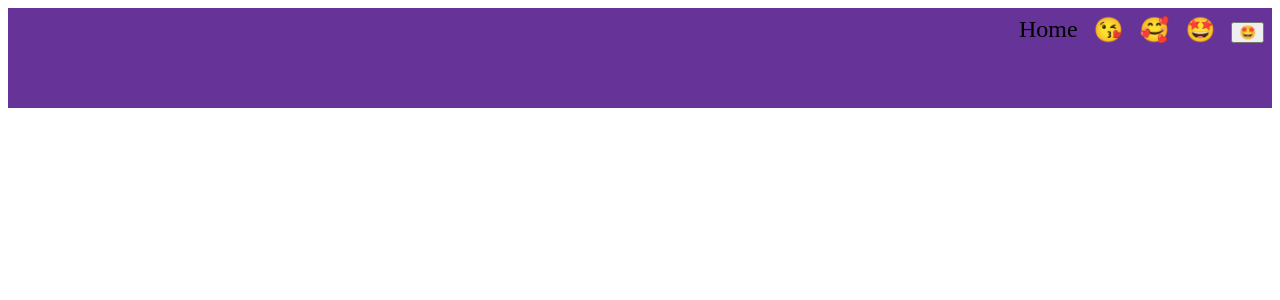
Repository: ramtoppo12/NavBar-Using-FlexBox
Page: Navbar.htm
These files come from the project's save history. The page is drawn as it stood at one moment and after the next save; the edit follows.
The browser window is 1280 px wide. The pictures show the whole page.

Above is the page before, as saved 2020-12-12 23:31:23.

After the next save:
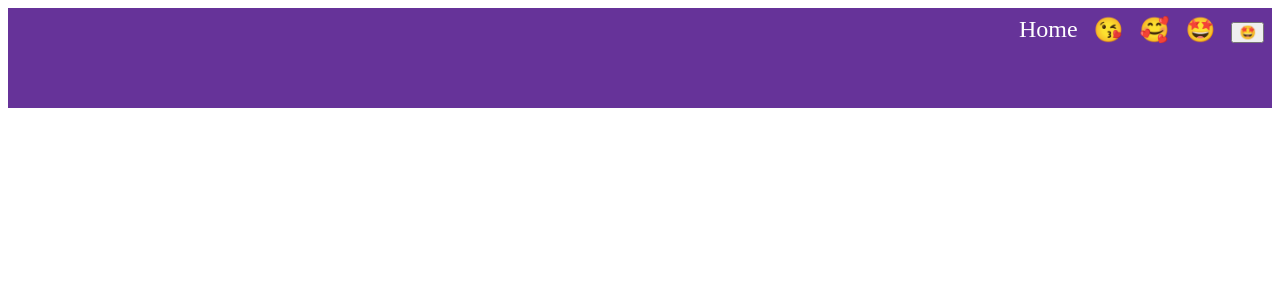
Saved 8 s later.
--- a/navbar.css
+++ b/navbar.css
@@ -13,7 +13,7 @@
 nav ul li {
   cursor: pointer;
   padding: 0.5rem;
-  color: #ff;
+  color: #fff;
 }
 nav ul li:hover {
   background-color: #555;
